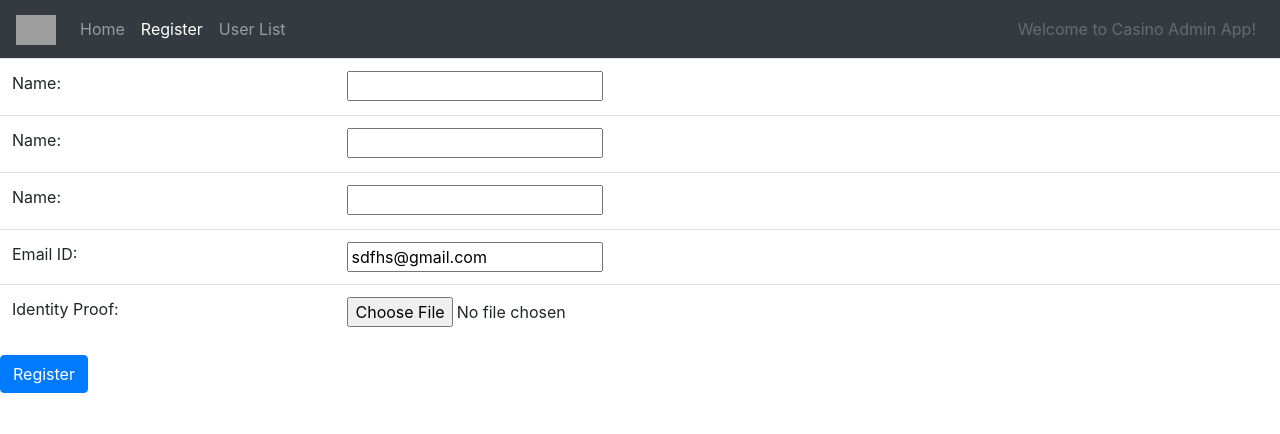
Repository: piyushrulesyou/CasinoGameApplication
Page: http://localhost/adminPanel/RegisterUser.jsp
An editor plug-in stored every save of this project. The page is shown before and after the next save, followed by the edit.
The browser window is 1280 px wide. The pictures show the whole page.
Pictures or frames that could not be fetched are drawn as grey boxes. The page is served by Tomcat 9. Nobody is signed in. The application's start-up code is not run. Other server files are loaded and not shown. The template is opened directly, without the code that normally fills it, so the values that code supplies are empty.

Above is the page before, as saved 2019-10-31 18:25:24.
Console error: TypeError: Cannot read properties of undefined (reading 'setDefaults')

### AdminPanel/adminPanel/src/main/webapp/RegisterUser.jsp
<%@ taglib uri="http://java.sun.com/jsp/jstl/core" prefix="c"%>

<%@taglib uri="http://www.springframework.org/tags/form" prefix="form"%>
<%@page contentType="text/html;charset = UTF-8" language="java"%>
<%@page isELIgnored="false"%>

<!DOCTYPE html>
<html>
<head>
<meta charset="ISO-8859-1">
<title>Register</title>
<meta charset="utf-8">

<meta name="viewport" content="width=device-width, initial-scale=1">

<link rel="stylesheet"
	href="https://maxcdn.bootstrapcdn.com/bootstrap/4.3.1/css/bootstrap.min.css">
<script
	src="https://ajax.googleapis.com/ajax/libs/jquery/3.4.1/jquery.min.js"></script>
<script
	src="https://cdnjs.cloudflare.com/ajax/libs/popper.js/1.14.7/umd/popper.min.js"></script>
<script
	src="https://maxcdn.bootstrapcdn.com/bootstrap/4.3.1/js/bootstrap.min.js"></script>

<script>
	$(function() {
		$("#datepicker").datepicker();
	});
	$.datepicker.setDefaults({
		changeMonth : "true",
		changeYear : "true",
		yearRange : "-72:+38",
		showButtonPanel : "true"
	});
</script>

</head>
<body>


	<nav class="navbar navbar-expand-sm bg-dark navbar-dark">
		<!-- 	<nav class="navbar navbar-expand-sm navbar-light bg-faded"> -->
		<a class="navbar-brand" href="index.jsp"> <img
			src="https://www.slotnite.com/images/sliders/livecasino/casino1.png"
			alt="logo" style="width: 40px;">
		</a>

		<!-- Links -->
		<ul class="navbar-nav mr-auto">
			<li class="nav-item"><a class="nav-link" href="index.jsp">Home</a></li>
			<li class="nav-item"><a class="nav-link active" href="">Register</a></li>
			<li class="nav-item"><a class="nav-link" href="showUsers">User
					List</a></li>
		</ul>
		<ul class="navbar-nav">
			<li class="nav-item"><span class="nav-link disabled">Welcome
					to Casino Admin App!</span></li>
		</ul>
	</nav>




	<c:if test="${statusMessage != null}">
		<div class="alert alert-danger">${statusMessage}</div>
	</c:if>

	<form:form action="registerUser" method="post">
		<div class="form-group">
			<table class="table">

				<tr>
					<!-- 					<td>Name:</td> -->
					<!-- 					<td><input type="text" id="customerName" name="customerName" -->
					<!-- 						placeholder="Enter name" value="sdfhs" required="required"></td> -->

					<td><form:label path="customerName">Name: </form:label></td>
					<td><form:input path="customerName" required="required" /></td>

				</tr>


				<tr>
					<!-- 					<td>Date of Birth:</td> -->
					<!-- 					<td><input type="date" name="dateOfBirth" id="dateOfBirth" -->
					<!-- 						placeholder="Enter DOB" required="required"></td> -->

					<td><form:label path="dateOfBirth">Name: </form:label></td>
					<td><form:input path="dateOfBirth" required="required" /></td>

				</tr>

				<tr>
					<!-- 					<td>Contact:</td> -->
					<!-- 					<td><input type="number" name="contactNumber" -->
					<!-- 						id="contactNumber" placeholder="Enter Contact Number" value=897899 -->
					<!-- 						required="required"></td> -->
					<td><form:label path="contactNumber">Name: </form:label></td>
					<td><form:input path="contactNumber" required="required" /></td>
				</tr>

				<tr>
					<td>Email ID:</td>
					<td><input type="email" id="emailID" name="emailID"
						placeholder="Enter email" value="sdfhs@gmail.com"
						required="required"></td>
				</tr>


				<tr>
					<td>Identity Proof:</td>
					<td><input type="file" id="idProof" name="idProof"
						accept="image/*" placeholder="ID Proof"></td>
				</tr>

			</table>

			<button type="submit" class="btn btn-primary mb-2">Register</button>
		</div>
	</form:form>




</body>
</html>

After the next save:
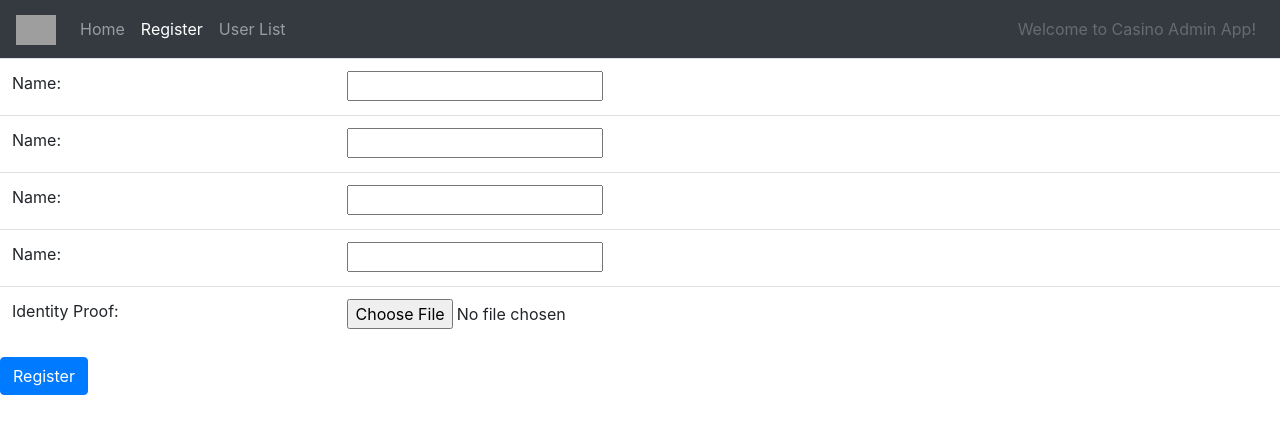
Saved 17 s later.
--- a/AdminPanel/adminPanel/src/main/webapp/RegisterUser.jsp
+++ b/AdminPanel/adminPanel/src/main/webapp/RegisterUser.jsp
@@ -100,10 +100,12 @@
 				</tr>
 
 				<tr>
-					<td>Email ID:</td>
-					<td><input type="email" id="emailID" name="emailID"
-						placeholder="Enter email" value="sdfhs@gmail.com"
-						required="required"></td>
+					<!-- 					<td>Email ID:</td> -->
+					<!-- 					<td><input type="email" id="emailID" name="emailID" -->
+					<!-- 						placeholder="Enter email" value="sdfhs@gmail.com" -->
+					<!-- 						required="required"></td> -->
+					<td><form:label path="contactNumber">Name: </form:label></td>
+					<td><form:input path="contactNumber" required="required" /></td>
 				</tr>
 
 
